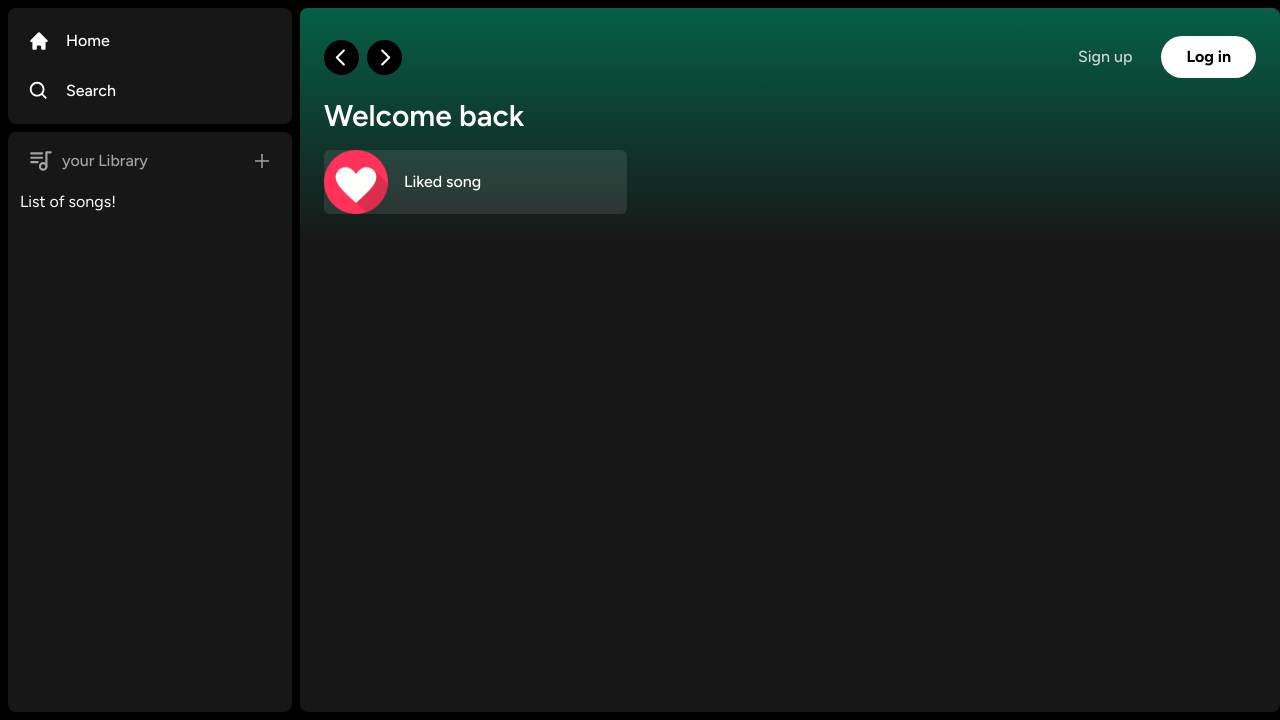
Repository: kjh4357/clone-spotify
Page: /
The author's editor kept a copy of each file at every save. The page is drawn from the files as they stood at one save, then again after the next save.
The browser window is 1280 px wide. The pictures show the whole page.
The project was rebuilt for these pictures with package versions that can differ from the ones it lists, and the page was loaded fresh each time. The framework's server and built-in components were replaced by stand-ins that run in the browser. Also part of the build but not shown: next.config.mjs.

Above is the page before, as saved 2024-10-02 15:53:51.

### src/app/layout.tsx
import type { Metadata } from 'next';
import { Figtree } from 'next/font/google';
import './globals.css';
import Sidebar from '@/components/Sidebar';

const font = Figtree({ subsets: ['latin'] });

export const metadata: Metadata = {
  title: 'Spotify Clone',
  description: 'Listen to your favorite music',
};

export default function RootLayout({
  children,
}: Readonly<{
  children: React.ReactNode;
}>) {
  return (
    <html lang='en'>
      <body className={font.className}>
        <Sidebar>{children}</Sidebar>
      </body>
    </html>
  );
}

### src/app/(site)/page.tsx
import Header from '@/components/Header';
import ListItem from '@/components/ListItem';

export default function Home() {
  return (
    <div className='bg-neutral-900 rounded-lg h-full w-full overflow-hidden overflow-y-auto'>
      <Header>
        <div className='mb-2'>
          <h1 className='text-white text-3xl font-semibold'>Welcome back</h1>
          <div className='grid grid-cols-1 sm:grid-cols-2 xl:grid-cols-3 2xl:grid-cols-4 gap-3 mt-4'>
            <ListItem
              image='/images/liked.png'
              name='Liked song'
              href='liked'
            />
          </div>
        </div>
      </Header>
    </div>
  );
}

### src/components/Sidebar.tsx
'use client';

import { usePathname } from 'next/navigation';
import { useMemo } from 'react';
import { BiSearch } from 'react-icons/bi';
import { HiHome } from 'react-icons/hi';
import Box from './Box';
import SidebarItem from './SidebarItem';
import Library from './Library';

interface SidebarProps {
  children: React.ReactNode;
}
const Sidebar: React.FC<SidebarProps> = ({ children }) => {
  const pathname = usePathname();
  const routes = useMemo(
    () => [
      {
        icon: HiHome,
        label: 'Home',
        active: pathname !== '/search',
        href: '/',
      },
      {
        icon: BiSearch,
        label: 'Search',
        active: pathname !== '/search',
        href: '/search',
      },
    ],
    [pathname]
  );
  return (
    <div className='flex h-full'>
      <div className='hidden md:flex flex-col gap-y-2 bg-black w-[300px] p-2'>
        <Box classname=''>
          <div className='flex flex-col gap-y-4 px-5 py-4'>
            {routes.map((item) => (
              <SidebarItem key={item.label} {...item} />
            ))}
          </div>
        </Box>
        <Box classname='overflow-y-auto h-full'>
          <Library />
        </Box>
      </div>
      <main className='h-full flex-1 overflow-y-auto py-2'>{children}</main>
    </div>
  );
};

export default Sidebar;

### src/components/Header.tsx
'use client';

import { useRouter } from 'next/navigation';
import { BiSearch } from 'react-icons/bi';
import { HiHome } from 'react-icons/hi';
import { RxCaretLeft, RxCaretRight } from 'react-icons/rx';
import { twMerge } from 'tailwind-merge';
import Button from './Button';

interface HeaderProps {
  children: React.ReactNode;
  classname?: string;
}

const Header: React.FC<HeaderProps> = ({ children, classname }) => {
  const router = useRouter();

  const handleLogout = () => {
    console.log('aa');
  };
  return (
    <header
      className={twMerge(
        `h-fit bg-gradient-to-b from-emerald-800 p-6`,
        classname
      )}
    >
      <div className='w-full mb-4 flex items-center justify-between'>
        <div className='hidden md:flex gap-x-2 items-center'>
          <button
            onClick={() => router.back()}
            className='rounded-full bg-black flex items-center justify-center hovre:opacity-75 transition'
          >
            <RxCaretLeft className='text-white' size={35} />
          </button>
          <button
            onClick={() => router.forward()}
            className='rounded-full bg-black flex items-center justify-center hovre:opacity-75 transition'
          >
            <RxCaretRight className='text-white' size={35} />
          </button>
        </div>
        <div className='flex md:hidden gap-x-2 items-center'>
          <button className='rounded-full p02 bg-white flex items-center justify-center hover:opacity-75 transition'>
            <HiHome className='text-black' size={20} />
          </button>
          <button className='rounded-full p02 bg-white flex items-center justify-center hover:opacity-75 transition'>
            <BiSearch className='text-black' size={20} />
          </button>
        </div>
        <div className='flex justify-between items-center gap-x-4'>
          <>
            <div>
              <Button
                onClick={() => {}}
                className='bg-transparent text-neutral-300 font-medium'
              >
                Sign up
              </Button>
            </div>
            <div>
              <Button onClick={() => {}} className='bg-white px-6 py-2'>
                Log in
              </Button>
            </div>
          </>
        </div>
      </div>
      {children}
    </header>
  );
};

export default Header;

### src/components/ListItem.tsx
'use client';

import { useRouter } from 'next/navigation';
import Image from 'next/image';
import { FaPlay } from 'react-icons/fa';

interface ListItemProps {
  image: string;
  name: string;
  href: string;
}
const ListItem: React.FC<ListItemProps> = ({ image, name, href }) => {
  const router = useRouter();
  const onClick = () => {
    router.push(href);
  };
  return (
    <button className='relative group flex items-center rounded-md overflow-hidden gap-x-4 bg-neutral-100/10 hover:bg-neutral-100/20 transition pr-4'>
      <div className='relative min-h-[64px] min-w-[64px]'>
        <Image className='object-cover' src={image} fill alt='Image' />
      </div>
      <p className='font-medium truncate py-5'>{name}</p>
      <div className='absolute transition opacity-0 rounded-full flex items-center justify-center bg-green-500 p-4 drop-shadow-md right-5 group-hover:opacity-100 hover:scale-110'>
        <FaPlay className='text-black' />
      </div>
    </button>
  );
};

export default ListItem;

### src/components/Box.tsx
import { twMerge } from 'tailwind-merge';

interface BoxProps {
  children: React.ReactNode;
  classname: string;
}
const Box: React.FC<BoxProps> = ({ children, classname }) => {
  return (
    <div
      className={twMerge(`bg-neutral-900 rounded-lg h-fit w-full`, classname)}
    >
      {children}
    </div>
  );
};

export default Box;

### src/components/SidebarItem.tsx
import Link from 'next/link';
import { IconType } from 'react-icons';
import { twMerge } from 'tailwind-merge';

interface SidebarItemProps {
  icon: IconType;
  label: string;
  active: boolean;
  href: string;
}

const SidebarItem: React.FC<SidebarItemProps> = ({
  icon: Icon,
  label,
  active,
  href,
}) => {
  return (
    <Link
      href={href}
      className={twMerge(
        `flex flex-row h-auto items-center w-full gap-x-4 text-md font-medium cursor-pointer hover:text-white transition text-neutral-400 py-1`,
        active ? 'text-white' : 'text-white'
      )}
    >
      <Icon size={26} />
      <span className='truncate w-full'>{label}</span>
    </Link>
  );
};

export default SidebarItem;

### src/components/Library.tsx
'use client';

import { AiOutlinePlus } from 'react-icons/ai';
import { TbPlaylist } from 'react-icons/tb';

const Library: React.FC = () => {
  const onClick = () => {
    console.log('Create Playlist');
  };
  return (
    <div className='flex flex-col'>
      <div className='flex items-center justify-between px-5 pt-4'>
        <div className='inline-flex items-center gap-x-2'>
          <TbPlaylist className='text-neutral-400' size={26} />
          <p className='text-neutral-400 font-medium text-md'>your Library</p>
        </div>
        <AiOutlinePlus
          className='text-neutral-400 cursor-pointer hover:text-white transition'
          onClick={onClick}
          size={20}
        />
      </div>
      <div className='flex flex-col gap-y-2 mt-4 px-3'>List of songs!</div>
    </div>
  );
};

export default Library;

### src/components/Button.tsx
import { forwardRef } from 'react';
import { twMerge } from 'tailwind-merge';

interface ButtonProps extends React.ButtonHTMLAttributes<HTMLButtonElement> {
  className?: string;
  children: React.ReactNode;
  disabled?: boolean;
  type?: 'button' | 'submit' | 'reset';
}

const Button = forwardRef<HTMLButtonElement, ButtonProps>(
  ({ className, children, disabled, type = 'button', ...props }, ref) => {
    return (
      <button
        type={type}
        className={twMerge(
          `w-full rounded-full bg-green-500 border border-transparent px-3 py-3 disabled:cursor-not-allowed disabled:opacity-50 text-black font-bold hover:opacity-75 transition`,
          className
        )}
        disabled={disabled}
        ref={ref}
        {...props}
      >
        {children}
      </button>
    );
  }
);

Button.displayName = 'Button';

export default Button;

Loaded but not shown: src/app/globals.css (common file); tailwind.config.ts (common file)

After the next save:
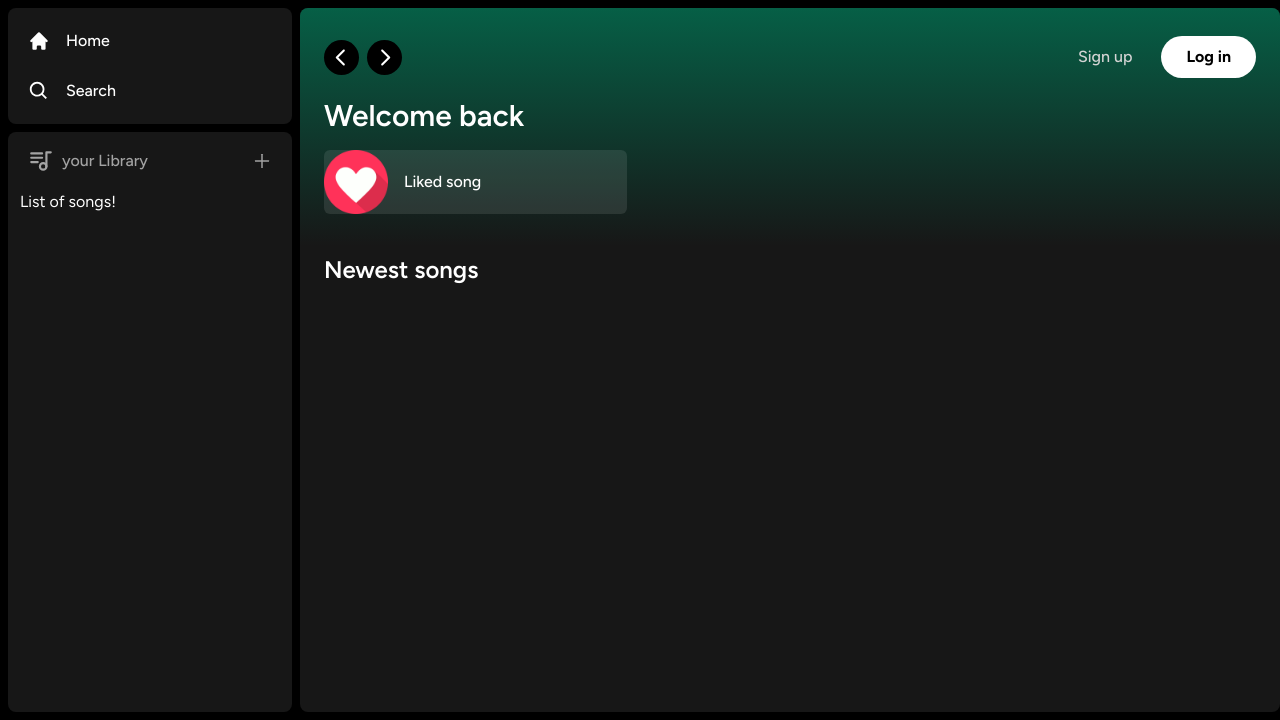
Saved 57 s later.
--- a/src/app/(site)/page.tsx
+++ b/src/app/(site)/page.tsx
@@ -16,6 +16,11 @@ export default function Home() {
           </div>
         </div>
       </Header>
+      <div className='mt-2 mb-7 px-6'>
+        <div className='flex justify-between items-center'>
+          <h1 className='text-white text-2xl font-semibold'>Newest songs</h1>
+        </div>
+      </div>
     </div>
   );
 }
